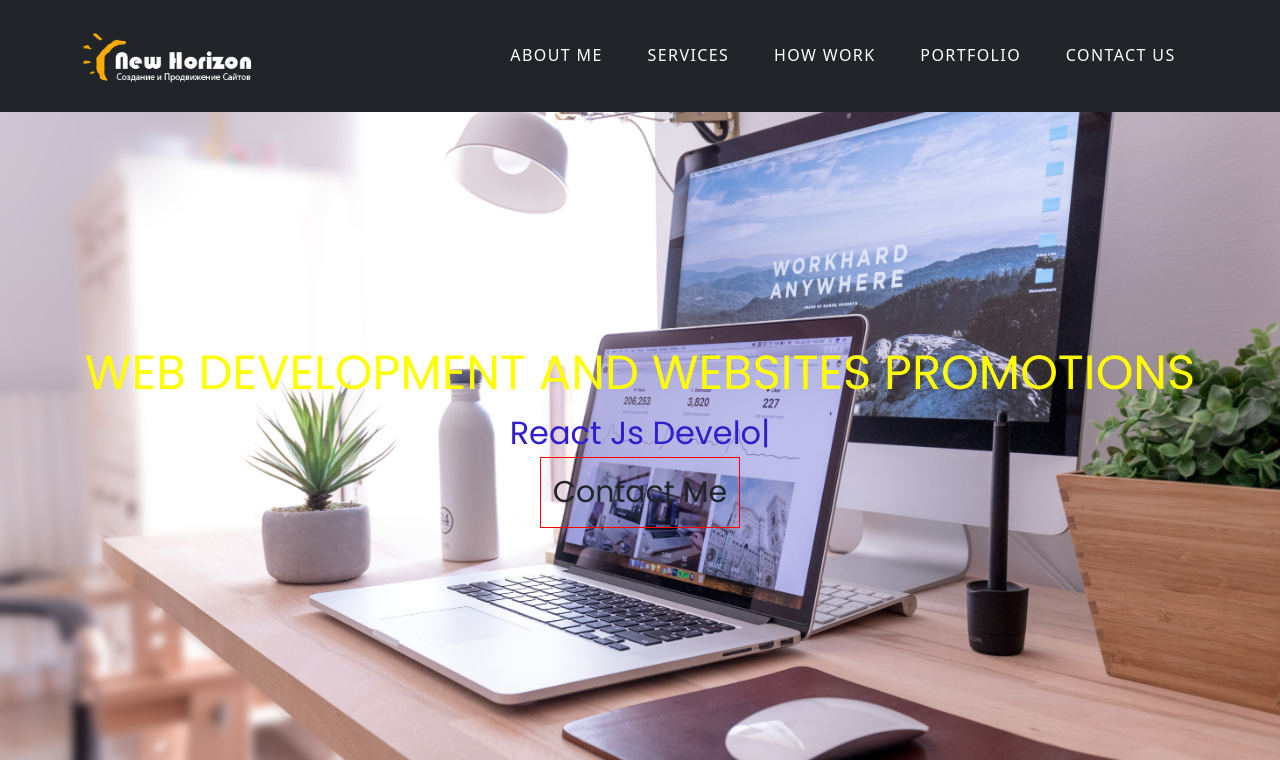
Repository: ahmedibrahimhassan654/React-Bootstrap-5
Page: /
These files come from the project's save history. The page is drawn as it stood at one moment and after the next save; the edit follows.
The browser window is 1280 px wide. The pictures show the whole page.
The project was rebuilt for these pictures with package versions that can differ from the ones it lists, and the page was loaded fresh each time.

Above is the page before, as saved 2021-11-25 07:41:38.

After the next save:
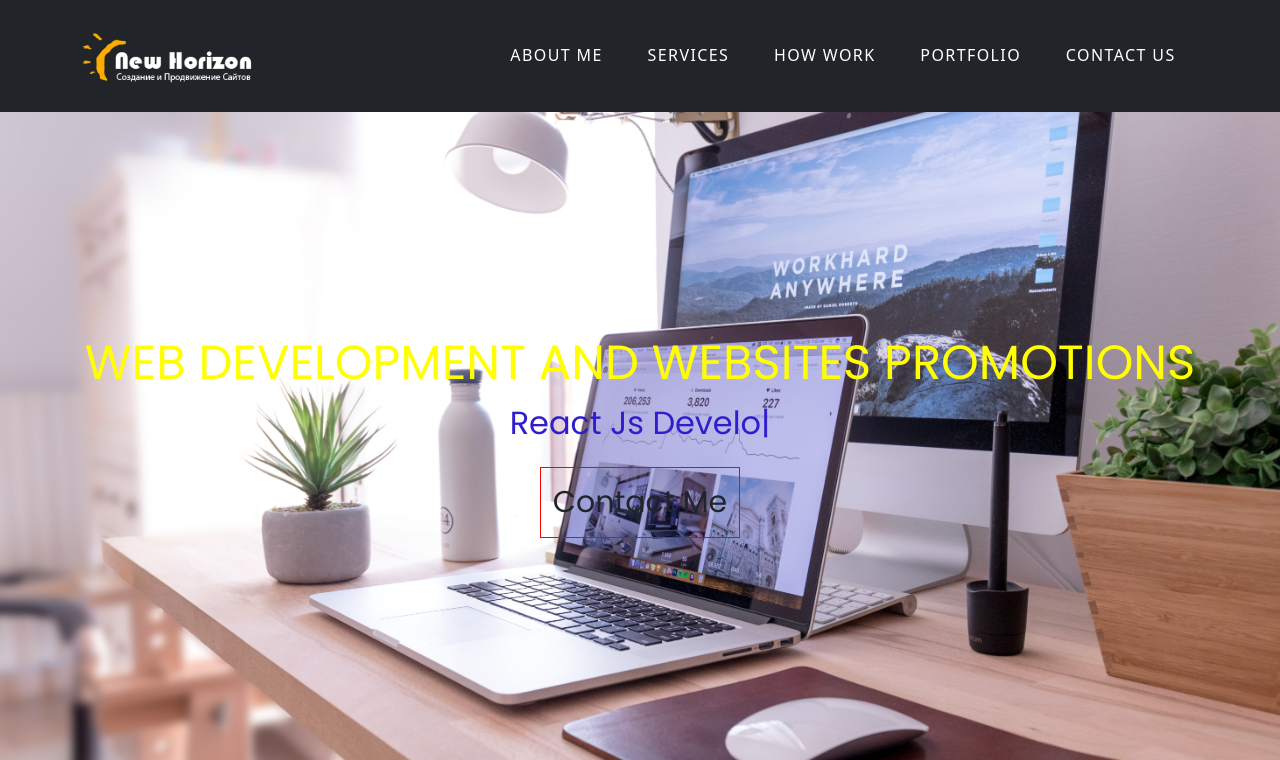
Saved 4 s later.
--- a/src/App.css
+++ b/src/App.css
@@ -83,5 +83,5 @@ nav ul li {
   color: var(--primary-dark);
   font-size: 30px;
   font-weight: 40px;
-  margin-top: ;
+  margin-top: 20px;
 }
